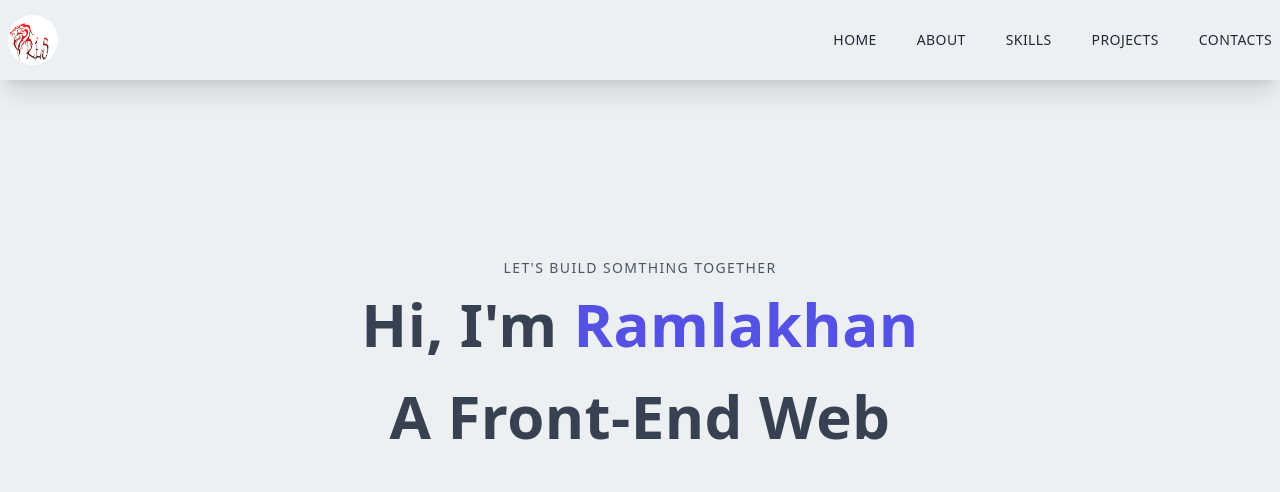
Repository: ram2642/portfolio-using-next-js
Page: /
The author's editor kept a copy of each file at every save. The page is drawn from the files as they stood at one save, then again after a run of saves.
The browser window is 1280 px wide. The pictures show the whole page.
The project was rebuilt for these pictures with package versions that can differ from the ones it lists, and the page was loaded fresh each time. The framework's server and built-in components were replaced by stand-ins that run in the browser. Also part of the build but not shown: next.config.js.

Above is the page before, as saved 2022-09-04 01:52:33.

### pages/index.js
// import { Main } from 'next/document'
import Head from 'next/head'
import Image from 'next/image'
import Main from '../components/Main'
import Navbar from '../components/Navbar'


export default function Home() {
  return (
    <div className="">
      <Head>
        <title>Ramlakhan | Front-End Developer</title>
        <meta name="description" content="Generated by create next app" />
        <link rel="icon" href="/favicon.ico" />
      </Head>
      <Navbar/>
      <Main/>

    </div>
  )
}

### styles/globals.css
@tailwind base;
@tailwind components;
@tailwind utilities;


@layer base {
  body {
    @apply bg-[#ecf0f3] text-[#1f2937] tracking-wide
  }
  h1, h2, h3, h4, h5, h6 {
    @apply font-bold;
  }
  h1 {
    @apply text-4xl sm:text-5xl md:text-6xl;
  }
  h2 {
    @apply text-3xl sm:text-4xl;
  }
  li {
    @apply cursor-pointer;
  }
  button {
    @apply shadow-xl shadow-gray-400 rounded-xl uppercase bg-gradient-to-r from-[#5651e5] to-[#709dff] text-white
  }
  }

### components/Main.jsx
import React from 'react'

const Main = () => {
  return (
    <div className='w-full h-screen text-center'>
   <div className='max-w-[1240px] w-full h-full mx-auto p-2 flex justify-center items-center'>
    <div>
      <p className='uppercase text-sm tracking-widest text-gray-600'>Let's build somthing together</p>
      <h1 className='py-4 text-gray-700'>
        Hi, I'm <span className='text-[#5651e5]'> Ramlakhan</span>
      </h1>
      <h1 className='py-4 text-gray-700'>
        A Front-End Web
      </h1>
    </div>

   </div>
    </div>
  )
}

export default Main

### components/Navbar.jsx
import Image from "next/image";
import React, { useState } from "react";
import Link from "next/link";
import { AiOutlineClose, AiOutlineMenu, AiOutlineMail } from "react-icons/ai";
import { FaLinkedinIn, FaGithub } from "react-icons/fa";
import { BsFillPersonLinesFill } from "react-icons/bs";

const Navbar = () => {
  const [nav, setNav] = useState(false);

  const handleNav = () => {
    setNav(!nav);
  };
  return (
    <div className="fixed w-full h-20 shadow-xl z-[100]">
      <div className="flex justify-between items-center w-full h-full px-2 2xl:px-16">
        <Image
          className="rounded-full cursor-pointer"
          src="data:[embedded picture, 6010 characters]"
          alt=""
          width="50"
          height="50"
        />
        <div>
          <ul className="hidden md:flex">
            <Link href="/">
              <li className="ml-10 text-sm uppercase hover:border-b">Home</li>
            </Link>
            <Link href="/">
              <li className="ml-10 text-sm uppercase hover:border-b">About</li>
            </Link>
            <Link href="/">
              <li className="ml-10 text-sm uppercase hover:border-b">Skills</li>
            </Link>
            <Link href="/">
              <li className="ml-10 text-sm uppercase hover:border-b">
                Projects
              </li>
            </Link>
            <Link href="/">
              <li className="ml-10 text-sm uppercase hover:border-b">
                Contacts
              </li>
            </Link>
          </ul>
          <div onClick={handleNav} className="md:hidden cursor-pointer">
            <AiOutlineMenu size={25} />
          </div>
        </div>
      </div>
      <div className={nav ? 'md:hidden fixed left-0 top-0 w-full h-screen bg-black/70' : ''}>
        <div className={nav ? "fixed left-0 top-0 w-[75%] sm:w-[60%] md:w-[45%] h-screen bg-[#ecf0f3] p-10 ease-in duration-500" : "fixed left-[-100%] top-0  p-10 ease-in duration-500"}>
          <div>
            <div className="flex w-full items-center justify-between">
              <Image
                className="rounded-full cursor-pointer"
                src="data:[embedded picture, 6010 characters]"
                alt=""
                width="50"
                height="50"
              />
              <div onClick={handleNav} className="rounded-full shadow-lg shadow-gray-400 p-3 cursor-pointer">
                <AiOutlineClose />
              </div>
            </div>
            <div className="border-b border-gray-300 my-4">
              <p className="w-[85%] md:w-[905] PY-4">
                Let's builds something legendary together
              </p>
            </div>
          </div>
          <div className="py-4 flex flex-col">
            <ul className="uppercase">
              <Link href="/">
                <li className="py-4 text-sm">Home</li>
              </Link>
              <Link href="/">
                <li className="py-4 text-sm">About</li>
              </Link>
              <Link href="/">
                <li className="py-4 text-sm">Skills</li>
              </Link>
              <Link href="/">
                <li className="py-4 text-sm">Projects</li>
              </Link>
              <Link href="/">
                <li className="py-4 text-sm">Contacts</li>
              </Link>
            </ul>
            <div className="pt-40">
              <p className="uppercase tracking-widest text-[#5651e5]">
                Let's Connect
              </p>
              <div className="flex items-center justify-between my-4 w-full sm:w-[80%]">
                <div className="rounded-full shadow-lg shadow-gray-400 p-3 cursor-pointer hover:scale-105 ease-in duration-300">
                  <FaLinkedinIn />
                </div>
                <div className="rounded-full shadow-lg shadow-gray-400 p-3 cursor-pointer hover:scale-105 ease-in duration-300">
                  <FaGithub />
                </div>
                <div className="rounded-full shadow-lg shadow-gray-400 p-3 cursor-pointer hover:scale-105 ease-in duration-300">
                  <AiOutlineMail />
                </div>
                <div className="rounded-full shadow-lg shadow-gray-400 p-3 cursor-pointer hover:scale-105 ease-in duration-300">
                  <BsFillPersonLinesFill />
                </div>
              </div>
            </div>
          </div>
        </div>
      </div>
    </div>
  );
};

export default Navbar;

Loaded but not shown: pages/_app.js (common file); tailwind.config.js (common file)

After the next 2 saves:
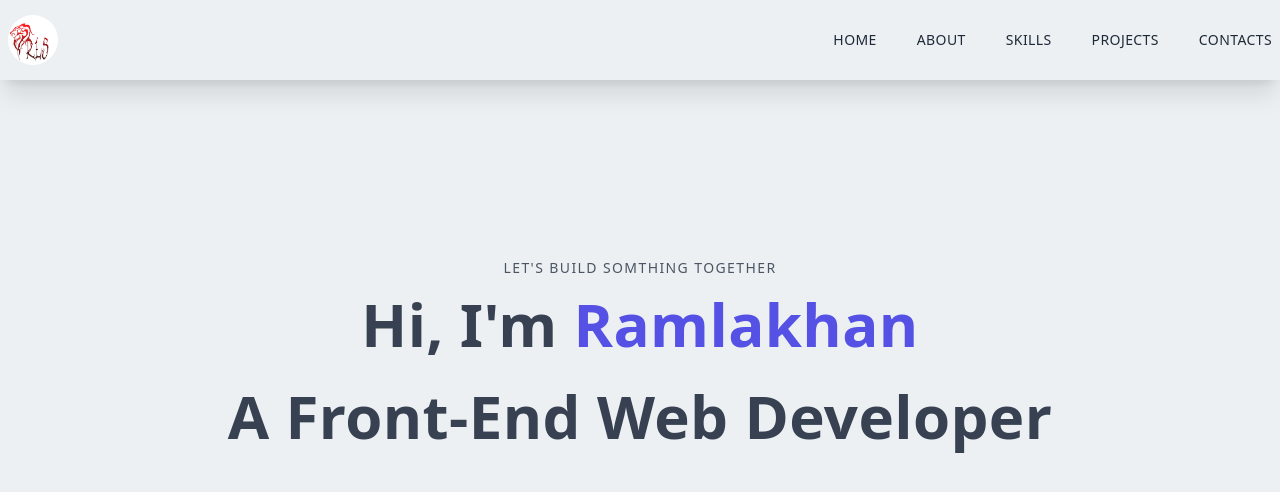
The 2 saves are shown as one change because they came seconds apart.
The last was saved 6 s later.
--- a/components/Main.jsx
+++ b/components/Main.jsx
@@ -10,7 +10,7 @@ const Main = () => {
         Hi, I'm <span className='text-[#5651e5]'> Ramlakhan</span>
       </h1>
       <h1 className='py-4 text-gray-700'>
-        A Front-End Web
+        A Front-End Web Developer
       </h1>
     </div>
 
